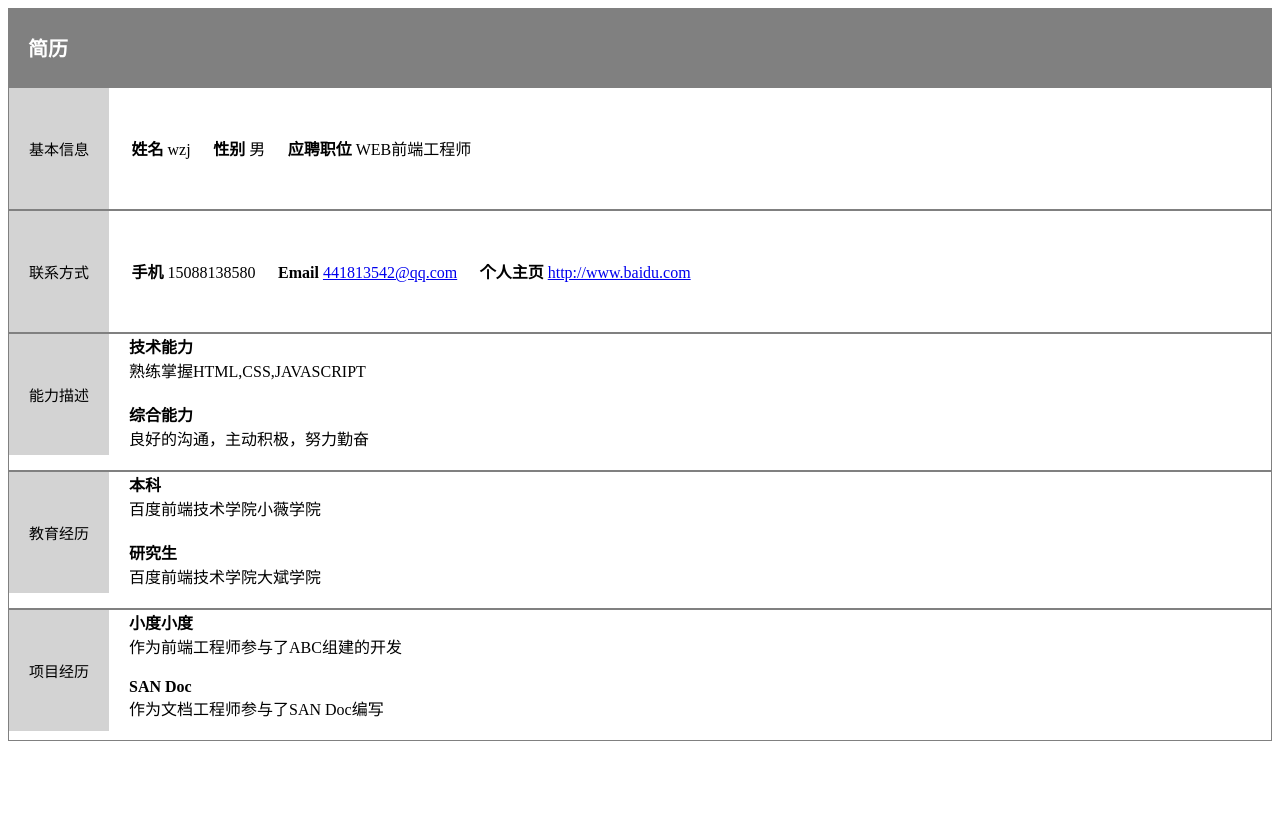
Repository: w441813542/webrecord
Page: day6_day7/jianli.html
These files come from the project's save history. The page is drawn as it stood at one moment and after the next save; the edit follows.
The browser window is 1280 px wide. The pictures show the whole page.

Above is the page before, as saved 2021-03-09 14:43:26.

### day6_day7/jianli.html
<!DOCTYPE html>
<html>

<head>
  <!-- <link rel="stylesheet" type="text/css" href="style_1.css" /> -->
  <!-- <link rel="stylesheet" type="text/css" href="style_2.css" /> -->
  <link rel="stylesheet" type="text/css" href="style_3.css" />
</head>

<body>
  <div class="box">
    <div class="left">
      <div class="caption">简历</div>
    </div>
    <div class="right">
      <div>
        <!-- <tr>
          <th rowspan="15" class="caption" align="center" valign="top">简历</th>
        </tr> -->
        <div class="part">
          <div class="part_left">
            <div class="th">基本信息</div>
          </div>
          <div class="part_right">
            <div class="td"><span>姓名</span> wzj</div>
            <div class="td"><span>性别</span> 男</div>
            <div class="td"><span>应聘职位</span> WEB前端工程师</div>
          </div>
        </div>
        <div class="part">
          <div class="part_left">
            <div class="th">联系方式</div>
          </div>
          <div class="part_right">
            <div class="td"><span>手机</span> 15088138580</div>
            <div class="td" ><span>Email</span> <a href="mailto:441813542@qq.com">441813542@qq.com</a></div>
            <div class="td"><span>个人主页</span> <a href="http://www.baidu.com">http://www.baidu.com</a></div>
          </div>
        </div>
        <div class="part flex">
          <div class="part_left">
            <div class="th">能力描述</div>
          </div>
          <div class="part_right">
            <div class="td msgtd block"><span class="block">技术能力</span> 熟练掌握HTML,CSS,JAVASCRIPT</div>
            <div class="td msgtd block"><span class="block">综合能力</span> 良好的沟通，主动积极，努力勤奋</div>
          </div>
        </div>
        <div class="part flex">
          <div class="part_left">
            <div class="th">教育经历</div>
          </div>
          <div class="part_right">
            <div class="td msgtd block"><span class="block">本科</span> 百度前端技术学院小薇学院</div>
            <div class="td msgtd block"><span class="block">研究生</span> 百度前端技术学院大斌学院</div>
          </div>
        </div>
        <div class="part flex">
          <div class="part_left">
            <div class="th">项目经历</div>
          </div>
          <div class="part_right">
            <div class="td msgtd block"><span class="block">小度小度</span> 作为前端工程师参与了ABC组建的开发</div>
            <div class="td msgtd block"><span class="block">SAN Doc</span> 作为文档工程师参与了SAN Doc编写</div>
          </div>
        </div>
      </div>

    </div>
  </div>
</body>

</html>

### day6_day7/style_3.css
html {
    font-size: 10px;
  }

  .td {
    font-size: 1.6em;
    padding-left: 20px;
    padding-bottom: 20px;
    display: inline-block;
  }

  .th {
    font-size: 1.5em;
    text-align: center;
    display: block;
    padding-top: 50px;
    padding-bottom: 50px;
    padding-left: 20px;
    padding-right: 20px;
    background: lightgray;
  }

  .caption {
    font-size: 2em;
    font-weight: bold;
    color: white;
    text-align: left;
    background: gray;
    padding-top: 25px;
    padding-left: 20px;
    padding-bottom: 25px;
  }

 .part{
   display: block;
   border: 1px solid gray;
 }

  .part_left{
    display: inline-block;
  }

  .part_right{
    display: inline;
  }

  span {
    font-weight: bold;
  }

  .box{
      display: block;
      height: 800px;
  }

  .flex{
    display: flex;
  }

  .block{
    display: block;
  }

After the next save:
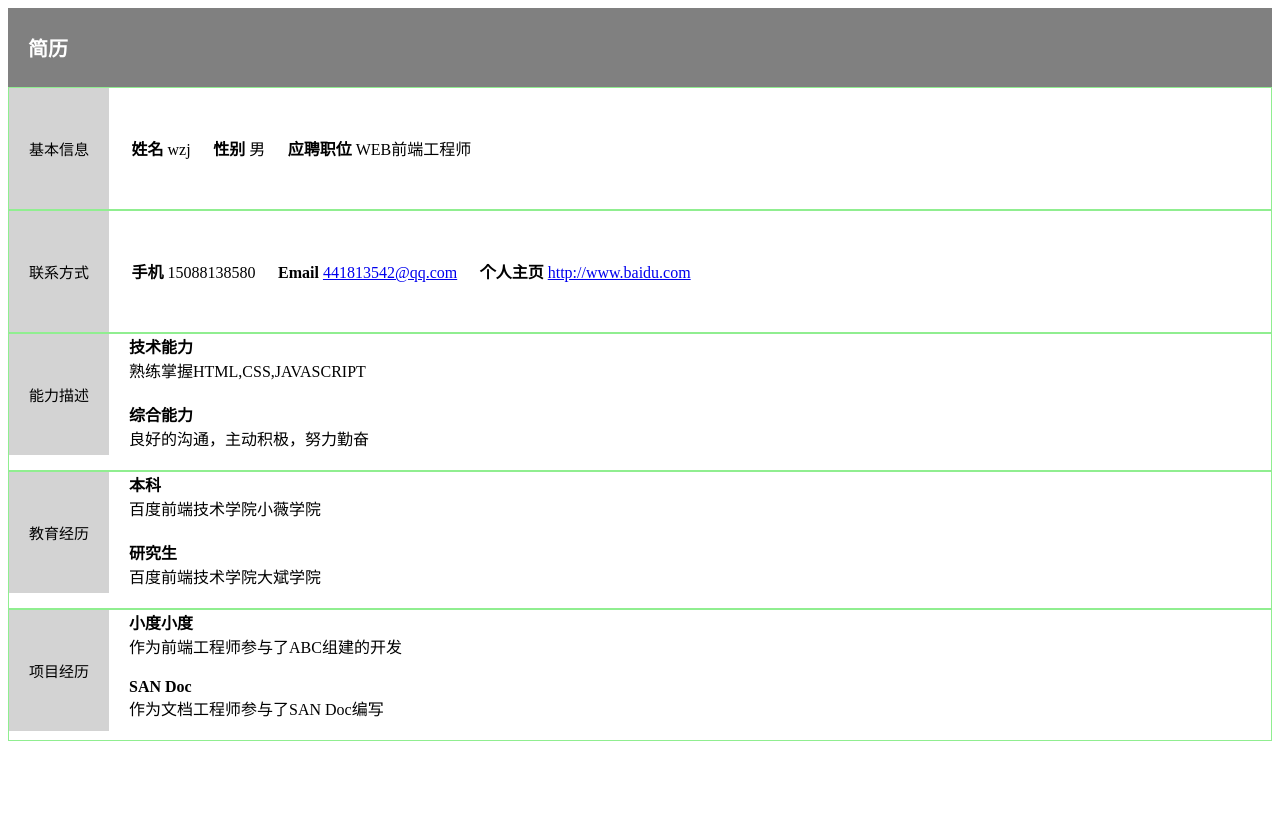
Saved 11 s later.
--- a/day6_day7/style_3.css
+++ b/day6_day7/style_3.css
@@ -33,7 +33,7 @@ html {
 
  .part{
    display: block;
-   border: 1px solid gray;
+   border: 1px solid lightgreen;
  }
 
   .part_left{
